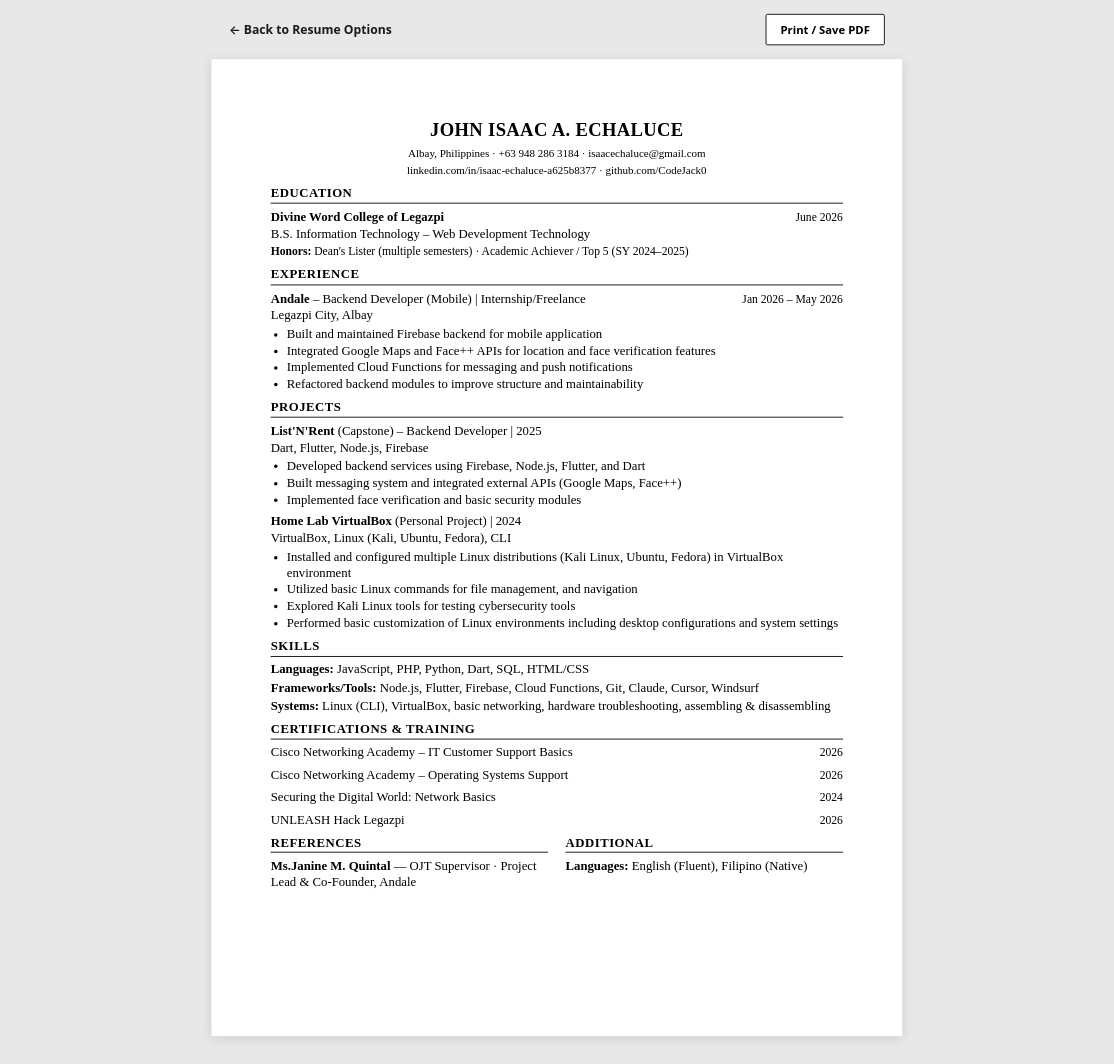
Repository: CodeJack0/Professional_Portfolio
Page: pages/resume.html
The author's editor kept a copy of each file at every save. The page is drawn from the files as they stood at one save, then again after the next save.
The browser window is 1280 px wide. The pictures show the whole page, at 87% of full size.

Above is the page before, as saved 2026-05-30 14:00:50.

After the next save:
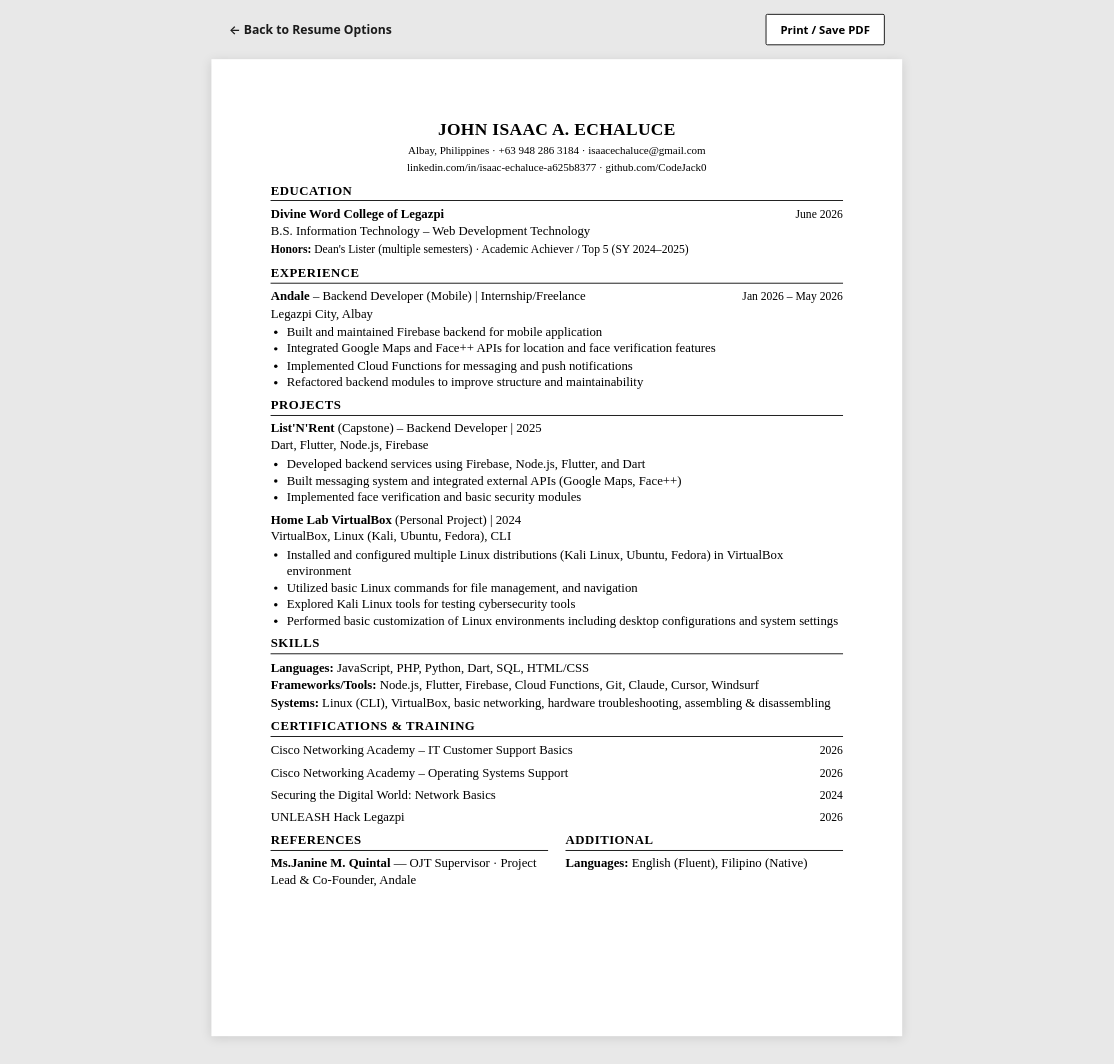
Saved 11 s later.
--- a/css/resume.css
+++ b/css/resume.css
@@ -79,9 +79,9 @@ body.resume-page {
 }
 
 .resume-name {
-  font-size: 16pt;
+  font-size: 15pt;
   font-weight: 700;
-  margin: 0 0 0.25rem;
+  margin: 0 0 0.2rem;
   letter-spacing: 0.02em;
   text-transform: uppercase;
 }
